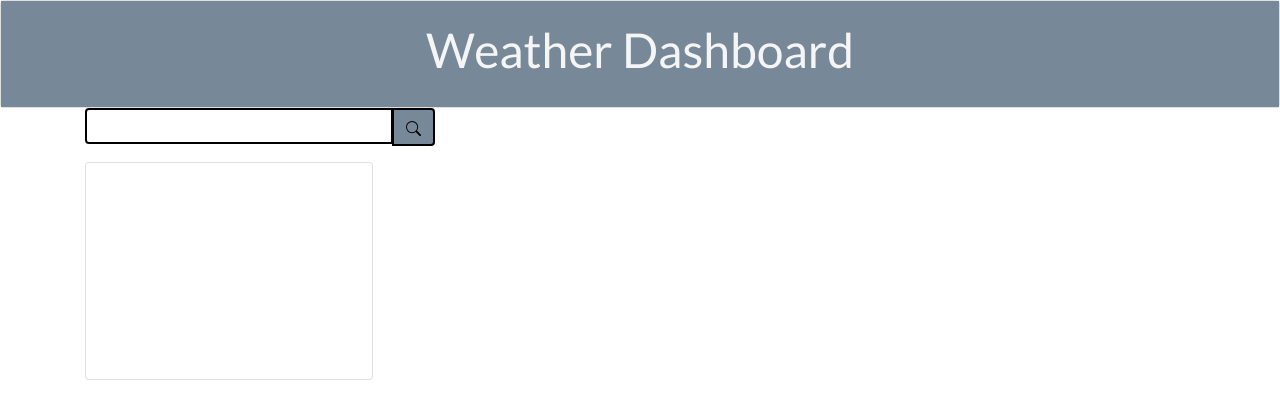
Repository: himaja830/Weather-Dashboard
Page: index.html
The author's editor kept a copy of each file at every save. The page is drawn from the files as they stood at one save, then again after the next save.
The browser window is 1280 px wide. The pictures show the whole page.
Some web libraries are served in a nearby version.

Above is the page before, as saved 2020-06-26 15:47:36.

### index.html
<!DOCTYPE html>
<html lang="en">

<head>
    <meta charset="UTF-8">
    <meta name="viewport" content="width=device-width, initial-scale=1.0">
    <title>Weathe Dashboard</title>
    <link rel="stylesheet" href="https://stackpath.bootstrapcdn.com/bootstrap/4.3.1/css/bootstrap.min.css" />
    <link href="https://stackpath.bootstrapcdn.com/bootswatch/4.5.0/flatly/bootstrap.min.css" rel="stylesheet"
        integrity="sha384-mhpbKVUOPCSocLzx2ElRISIORFRwr1ZbO9bAlowgM5kO7hnpRBe+brVj8NNPUiFs" crossorigin="anonymous">
    <link rel="stylesheet" href="https://use.fontawesome.com/releases/v5.8.1/css/all.css"
        integrity="sha384-50oBUHEmvpQ+1lW4y57PTFmhCaXp0ML5d60M1M7uH2+nqUivzIebhndOJK28anvf" crossorigin="anonymous" />
    <link rel="stylesheet" href="assets/style.css">
</head>
<body>
<div class="card">
    <div class="card-body">
        <h1>Weather Dashboard</h1>
    </div>
</div>
<div class="container">
    <div class="row">
       <div class="col-sm-4">
        <div class="input-group mb-3">
            <input type="text" class="form-control"  aria-label="" aria-describedby="button-addon2">
            <div class="input-group-append">
              <button class="btn btn-outline-secondary" type="button" id="button-addon2"><svg class="bi bi-search" width="1em" height="1em" viewBox="0 0 16 16" fill="currentColor" xmlns="http://www.w3.org/2000/svg">
                <path fill-rule="evenodd" d="M10.442 10.442a1 1 0 0 1 1.415 0l3.85 3.85a1 1 0 0 1-1.414 1.415l-3.85-3.85a1 1 0 0 1 0-1.415z"/>
                <path fill-rule="evenodd" d="M6.5 12a5.5 5.5 0 1 0 0-11 5.5 5.5 0 0 0 0 11zM13 6.5a6.5 6.5 0 1 1-13 0 6.5 6.5 0 0 1 13 0z"/>
              </svg>
            </button>
            </div>
          </div>
          <div class="card" style="width: 18rem;">
            <ul class="list-group list-group-flush">
              <li class="list-group-item"></li>
              <li class="list-group-item"></li>
              <li class="list-group-item"></li>
              <li class="list-group-item"></li>
              <li class="list-group-item"></li>
              <li class="list-group-item"></li>
              <li class="list-group-item"></li>
              <li class="list-group-item"></li>
              <li class="list-group-item"></li>
            </ul>
          </div>
      </div>
      <div class="col-sm-8">
    </div>
</div>
</div>
</body>

</html>

### assets/style.css
.card-body {
    background-color: lightslategray;
    text-align: center;
    color:whitesmoke;
}
.btn-outline-secondary {
    color:black;
    background-color: lightslategray;
    border: 2px solid black;

}
.form-control {
    border: 2px solid black;
}

After the next save:
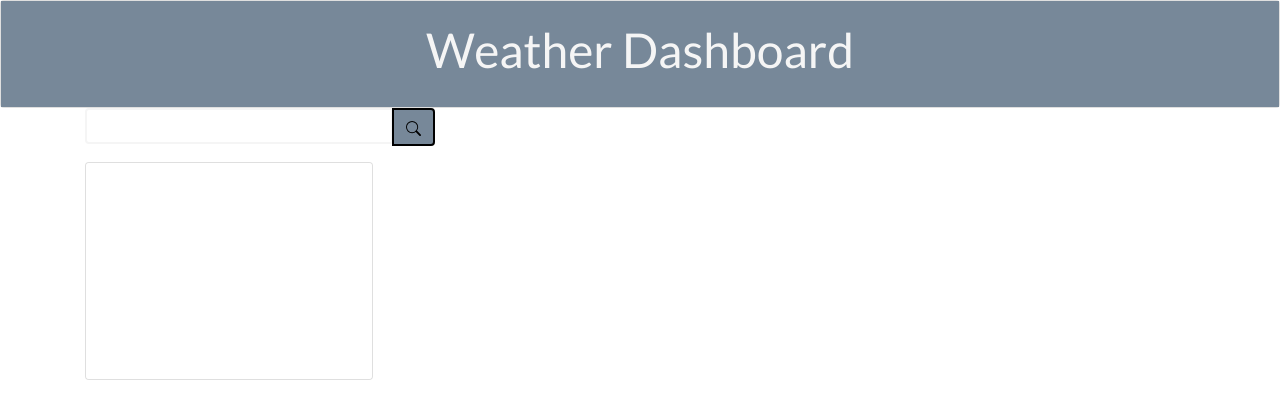
Saved 18 s later.
--- a/assets/style.css
+++ b/assets/style.css
@@ -10,5 +10,5 @@
 
 }
 .form-control {
-    border: 2px solid black;
+    border: 2px solid whitesmoke;
 }
